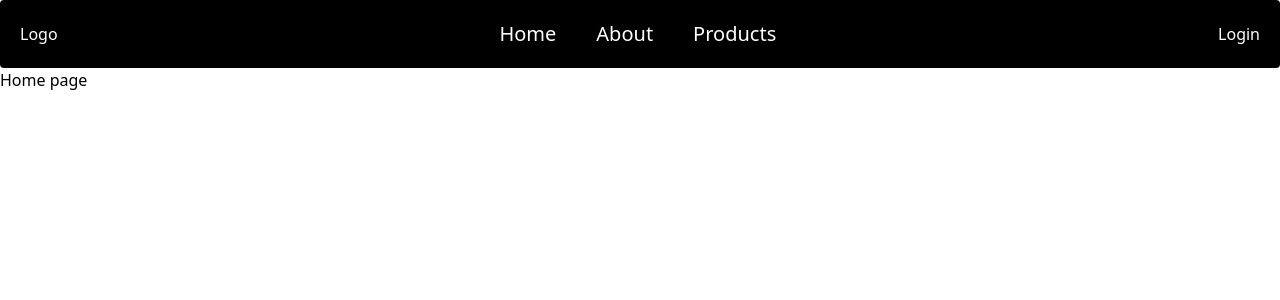
Repository: nileshwankhede03/React-Practices
Page: / (app in Dynamic-routing/)
The author's editor kept a copy of each file at every save. The page is drawn from the files as they stood at one save, then again after the next save.
The browser window is 1280 px wide. The pictures show the whole page.
The page's requests for data from a server got no answer. The project was rebuilt for these pictures with package versions that can differ from the ones it lists, and the page was loaded fresh each time. No one was signed in, and anything a server would have sent is missing. Also part of the build but not shown: Dynamic-routing/vite.config.js, Dynamic-routing/src/pages/Product.jsx. Imported but missing from the stored project, and not drawn on this page: Dynamic-routing/src/pages/About.jsx.

Above is the page before, as saved 2026-10-15 12:56:10.

### Dynamic-routing/src/main.jsx
import { createRoot } from 'react-dom/client';
import './index.css';
import App from './App.jsx';
import { BrowserRouter } from 'react-router';
import { ContextProvider } from './context/MyContext.jsx';

createRoot(document.getElementById('root')).render(
  <BrowserRouter>
    <ContextProvider>
      <App />
    </ContextProvider>
  </BrowserRouter>,
);

### Dynamic-routing/src/App.jsx
import Navbar from './components/Navbar.jsx';
import AppRoutes from './routes/AppRoutes.jsx';

const App = () => {
  return (
    <div>
      <Navbar />
      <AppRoutes />
    </div>
  );
};

export default App;

### Dynamic-routing/src/context/MyContext.jsx
import { createContext, useState } from 'react';

export const MyStore = createContext();

export const ContextProvider = ({ children }) => {
  const [productsData, setProductsData] = useState([]);

  return (
    <MyStore.Provider value={{ productsData, setProductsData }}>
      {children}
    </MyStore.Provider>
  );
};

### Dynamic-routing/src/components/Navbar.jsx
import { NavLink } from 'react-router';

const Navbar = () => {
  return (
    <div className="bg-black text-white rounded p-5 flex items-center justify-between">
      <div>Logo</div>

      <div className="flex gap-10 text-xl">
        <NavLink to="/">Home</NavLink>
        <NavLink to="/about">About</NavLink>
        <NavLink to="/products">Products</NavLink>
      </div>

      <button>Login</button>
    </div>
  );
};

export default Navbar;

### Dynamic-routing/src/routes/AppRoutes.jsx
import { Routes, Route } from 'react-router';
import Home from '../pages/Home.jsx';
import About from '../pages/About.jsx';
import Product from '../pages/Product.jsx';

const AppRoutes = () => {
  return (
    <div>
      <Routes>
        <Route path="/" element={<Home />} />
        <Route path="/about" element={<About />} />
        <Route path="/products" element={<Product />} />
      </Routes>
    </div>
  );
};

export default AppRoutes;

### Dynamic-routing/src/pages/Home.jsx
import axios from 'axios';
import { useContext, useEffect } from 'react';
import { MyStore } from '../context/MyContext';

const Home = () => {
  const { productsData, setProductsData } = useContext(MyStore);

  const getProductsData = async () => {
    try {
      const res = await axios.get('https://fakestoreapi.com/products');
      setProductsData(res?.data || []);
    } catch (error) {
      console.log('error is api : ', error);
    }
  };

  useEffect(() => {
    getProductsData();
  }, []);

  return <div>Home page</div>;
};

export default Home;

Loaded but not shown: Dynamic-routing/index.html (common file); Dynamic-routing/src/index.css (common file)

After the next save:
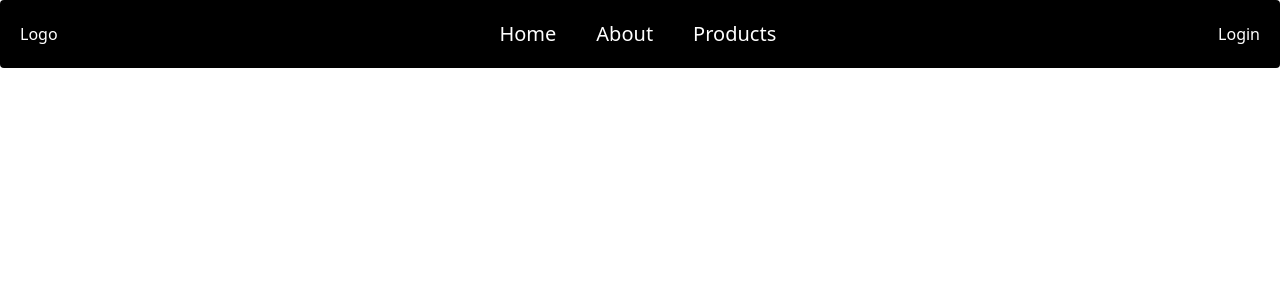
Saved 10 s later.
--- a/Dynamic-routing/src/pages/Home.jsx
+++ b/Dynamic-routing/src/pages/Home.jsx
@@ -18,7 +18,9 @@
     getProductsData();
   }, []);
 
-  return <div>Home page</div>;
+  return <div>
+    {}
+  </div>;
 };
 
 export default Home;
